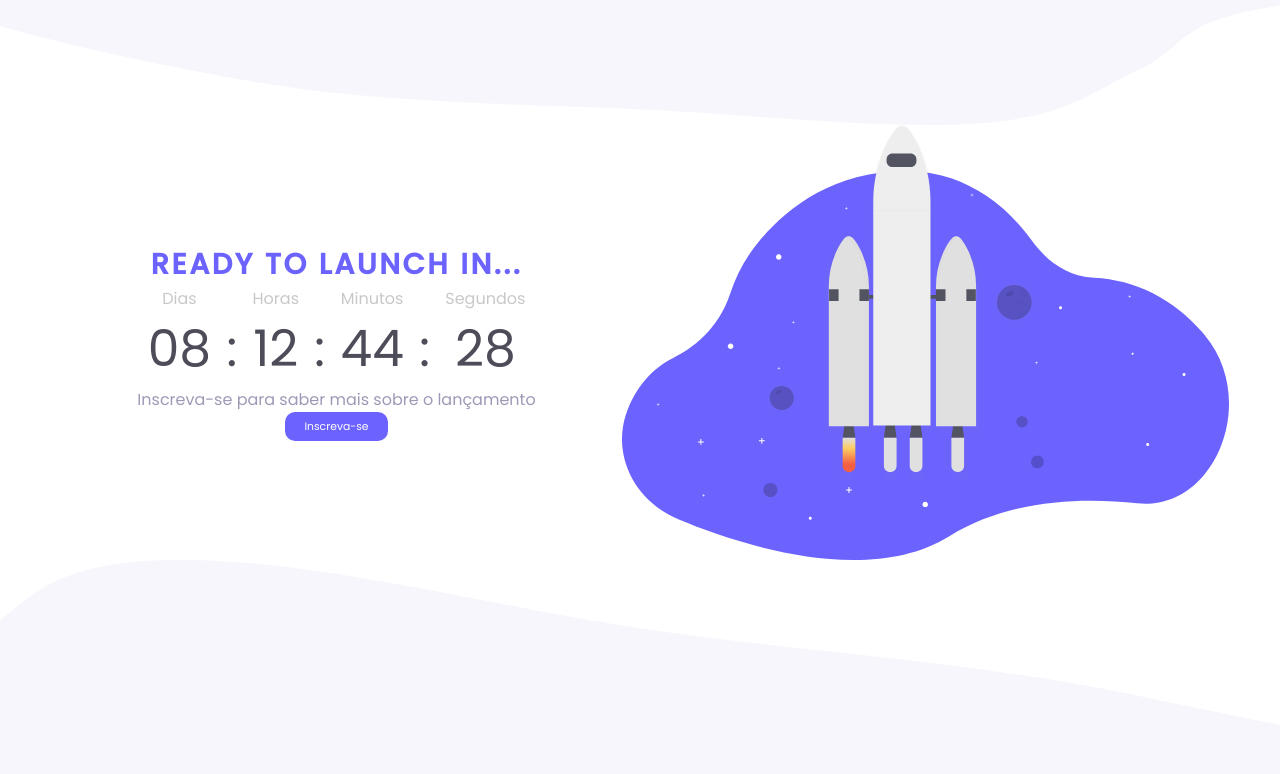
Repository: BrunoBross/countdown
Page: index.html
An editor plug-in stored every save of this project. The page is shown before and after the next save, followed by the edit.
The browser window is 1280 px wide. The pictures show the whole page.

Above is the page before, as saved 2021-11-30 01:05:04.

### index.html
<!DOCTYPE html>
<html lang="en">
<head>
  <meta charset="UTF-8">
  <meta http-equiv="X-UA-Compatible" content="IE=edge">
  <meta name="viewport" content="width=device-width, initial-scale=1.0">
  <title>Document</title>
  <link rel="stylesheet" href="./style.css">
  <link rel="preconnect" href="https://fonts.googleapis.com">
  <link rel="preconnect" href="https://fonts.gstatic.com" crossorigin>
  <link href="https://fonts.googleapis.com/css2?family=Poppins:wght@300;400;500&display=swap" rel="stylesheet">
</head>
<body>
  <div class="background">
    <img class="image" id="top" src="./assets/top-image.svg" alt="">
    <div class="center">
      <div class="content">
        <h1>READY TO LAUNCH IN...</h1>
        <div class="clock">
          <div class="time" id="day">
            <p>Dias</p>
            <h1>08</h1>
          </div>
          <div class="time"><h1>:</h1></div>
          <div class="time" id="hour">
            <p>Horas</p>
            <h1>12</h1>
          </div>
          <div class="time"><h1>:</h1></div>
          <div class="time" id="minute">
            <p>Minutos</p>
            <h1>44</h1>
          </div>
          <div class="time"><h1>:</h1></div>
          <div class="time" id="second">
            <p>Segundos</p>
            <h1>28</h1>
          </div>
        </div>
        <p>Inscreva-se para saber mais sobre o lançamento</p>
        <button class="subscribe">Inscreva-se</button>
      </div>
      <img id="rocket" src="./assets/rocket.svg" alt="">
    </div>
    <img class="image" id="bottom" src="./assets/bottom-image.svg" alt="">
  </div>
</body>

<script src="./script.js"></script>
</html>

### style.css
*{
  padding: 0;
  margin: 0;
}

body{
  background-color: #FFF;
}

.background{
  height: 100vh;
  display: flex;
  flex-direction: column;
  justify-content: space-between;
}

.center{
  padding: 0 4vw;
  display: flex;
  justify-content: space-between;
}

.image{
  width: 100vw;
}

.clock{
  display: flex;
  gap: 1.2vw;
  align-items: flex-end;
}

.time{
  display: flex;
  flex-direction: column;
  justify-content: center;
  align-items: center;
}

.time > p{
  font-family: 'Poppins', 'sans-serif';
  color: #C8C8C8;
}

.time > h1{
  font-family: 'Poppins', 'sans-serif';
  color: #4D4C59;
  font-size: 7vh;
  font-weight: 400;
}

.content{
  width: 50vw;
  display: flex;
  flex-direction: column;
  justify-content: center;
  align-items: center;
}

.content > h1{
  color: #6C63FF;
  font-family: 'Poppins', 'sans-serif';
  font-weight: 700;
  font-size: 4vh;
  letter-spacing: 0.2vw;
}

.content > p{
  font-family: 'Poppins', 'sans-serif';
  font-weight: 400;
  color: #9C9AB6;
}

.subscribe{
  width: 8vw;
  height: 4vh;
  border: none;
  background-color: #6C63FF;
  border-radius: 10px;
  font-family: 'Poppins', 'sans-serif';
  font-weight: 400;
  font-size: 1.5vh;
  color: #FFF;
}

Loaded but not shown: script.js (no copy from this time; the picture is the same without it)

After the next save:
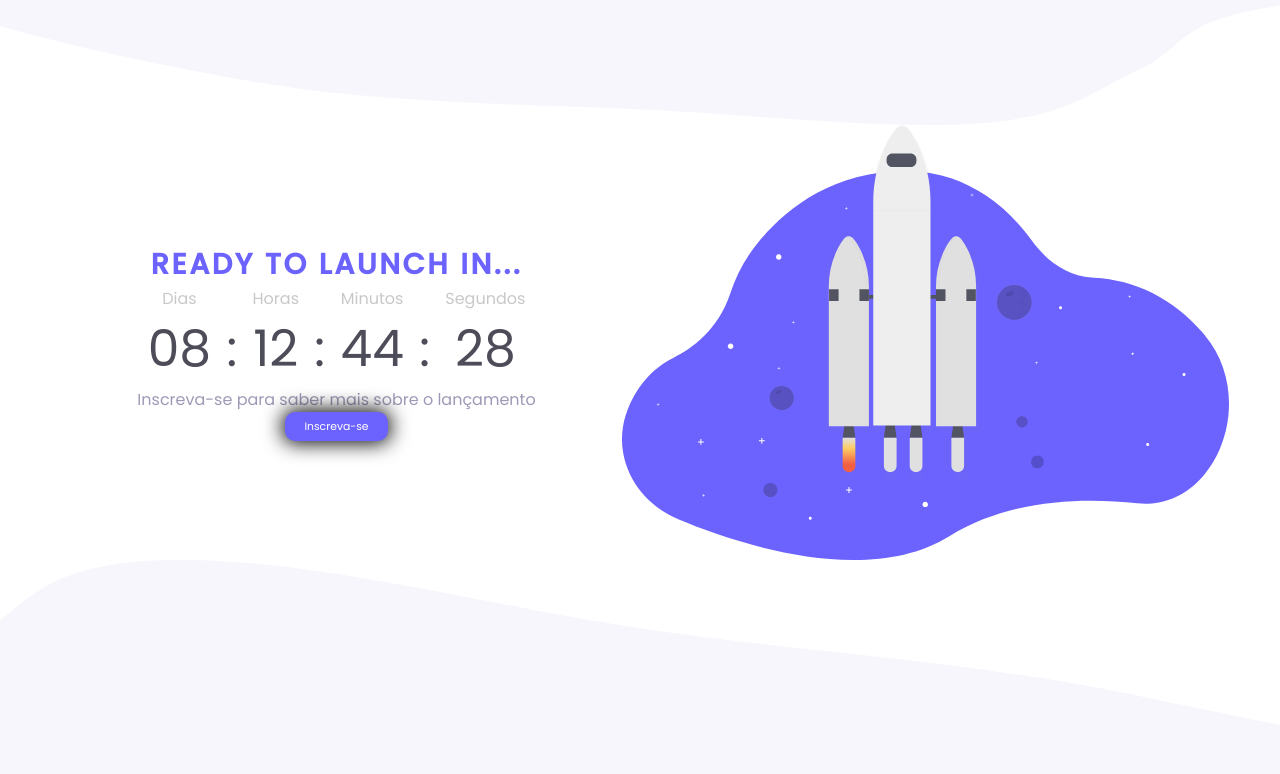
Saved 25 s later.
--- a/style.css
+++ b/style.css
@@ -81,4 +81,5 @@ body{
   font-weight: 400;
   font-size: 1.5vh;
   color: #FFF;
+  box-shadow: 0 0 20px 2px black;
 }
